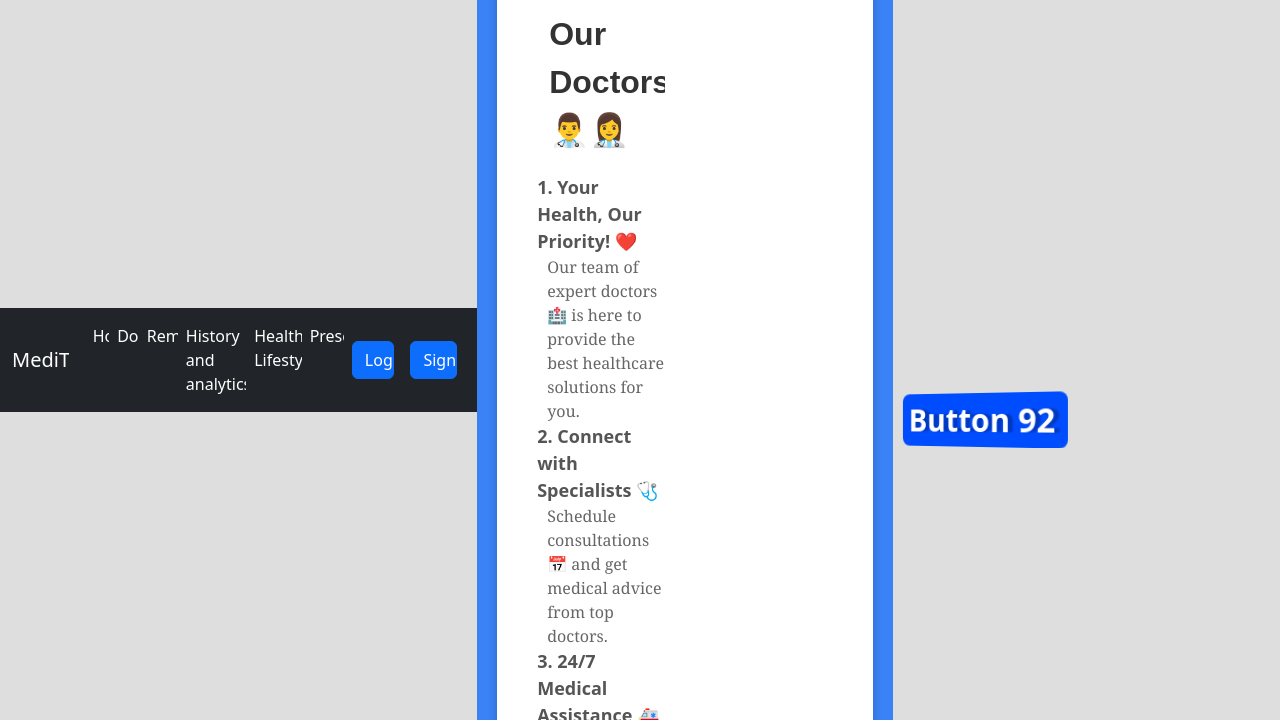
Repository: rahul-chakradhari/PillWise
Page: /doctors (app in frontend/)
These files come from the project's save history. The page is drawn as it stood at one moment and after the next save; the edit follows.
The browser window is 1280 px wide. The pictures show the whole page.
The page's requests for data from a server got no answer. The project was rebuilt for these pictures with package versions that can differ from the ones it lists, and the page was loaded fresh each time. No one was signed in, and anything a server would have sent is missing. Also part of the build but not shown: frontend/vite.config.js, frontend/src/components/Home.jsx, frontend/src/components/History.jsx, frontend/src/components/Remainder.jsx, frontend/src/components/Healthy.jsx, frontend/src/components/Prescription.jsx.

Above is the page before, as saved 2025-03-06 18:03:59.

After the next save:
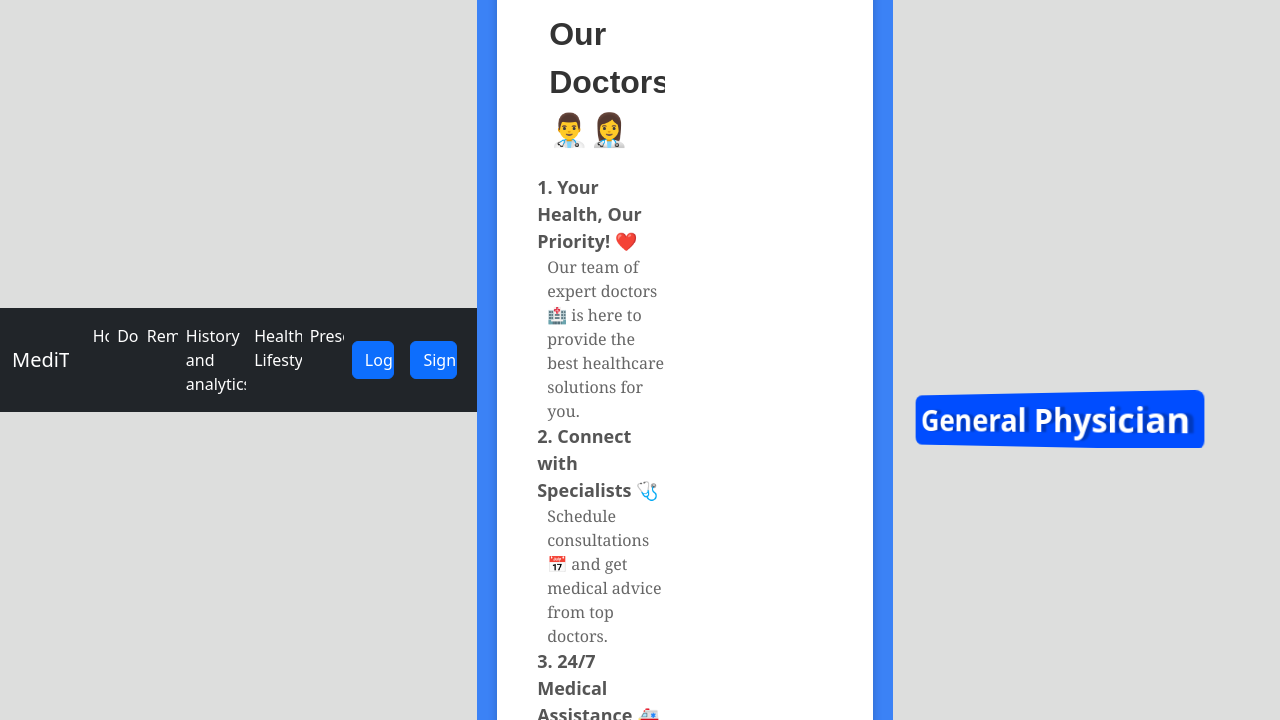
Saved 43 s later.
--- a/frontend/src/components/Doctors.jsx
+++ b/frontend/src/components/Doctors.jsx
@@ -64,7 +64,7 @@
           <h3>Find by Speciality</h3>
         </div>
         <button class="button-92" role="button">
-          Button 92
+          General Physician
         </button>
       </div>
     </>
